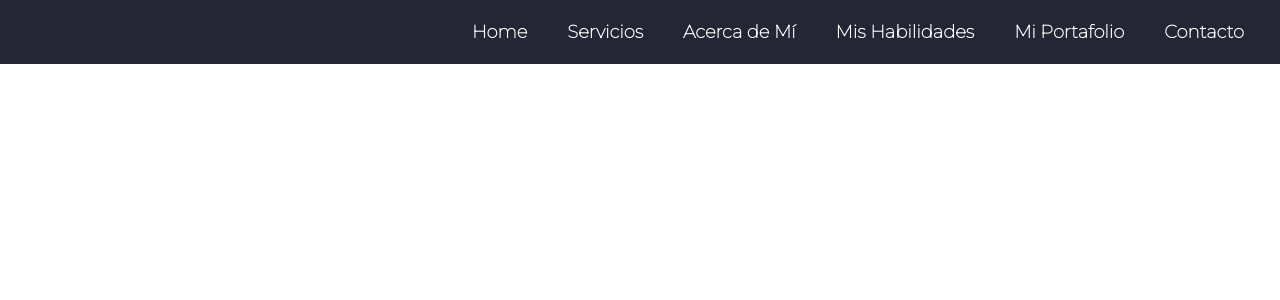
Repository: RobertAries28/PortafolioRobertEscalanteGomez2022
Page: index.html
These files come from the project's save history. The page is drawn as it stood at one moment and after the next save; the edit follows.
The browser window is 1280 px wide. The pictures show the whole page.

Above is the page before, as saved 2022-02-12 01:11:26.

After the next save:
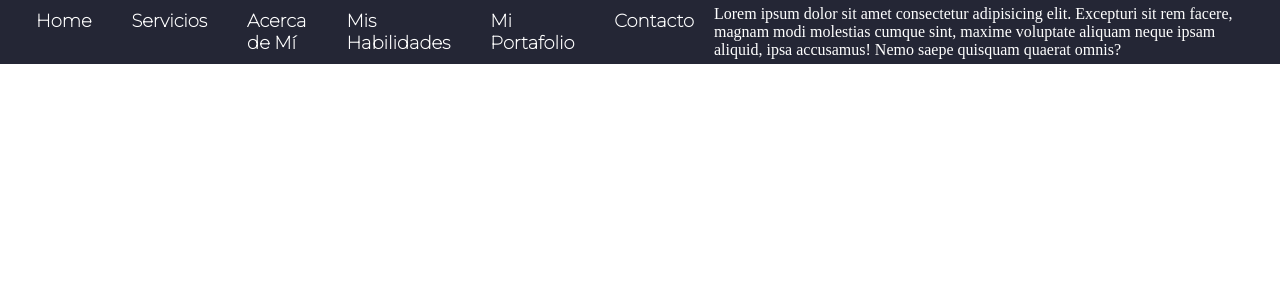
Saved 41 min 11 s later.
--- a/index.html
+++ b/index.html
@@ -57,6 +57,10 @@
 
                  </ul>
              </nav>
+
+             <section>
+                 <p>Lorem ipsum dolor sit amet consectetur adipisicing elit. Excepturi sit rem facere, magnam modi molestias cumque sint, maxime voluptate aliquam neque ipsam aliquid, ipsa accusamus! Nemo saepe quisquam quaerat omnis?</p>
+             </section>
         </div>
      </header>
     <script src="javascript.js"></script>
